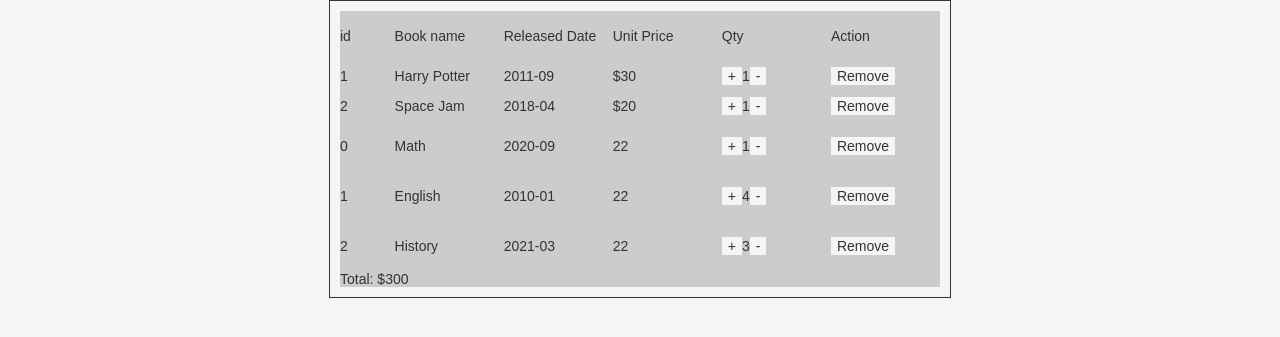
Repository: vgg1kkh/myBookStoreBasket
Page: /
An editor plug-in stored every save of this project. The page is shown before and after the next save, followed by the edit.
The browser window is 1280 px wide. The pictures show the whole page.
The project was rebuilt for these pictures with package versions that can differ from the ones it lists, and the page was loaded fresh each time.

Above is the page before, as saved 2021-10-07 08:13:39.

After the next save:
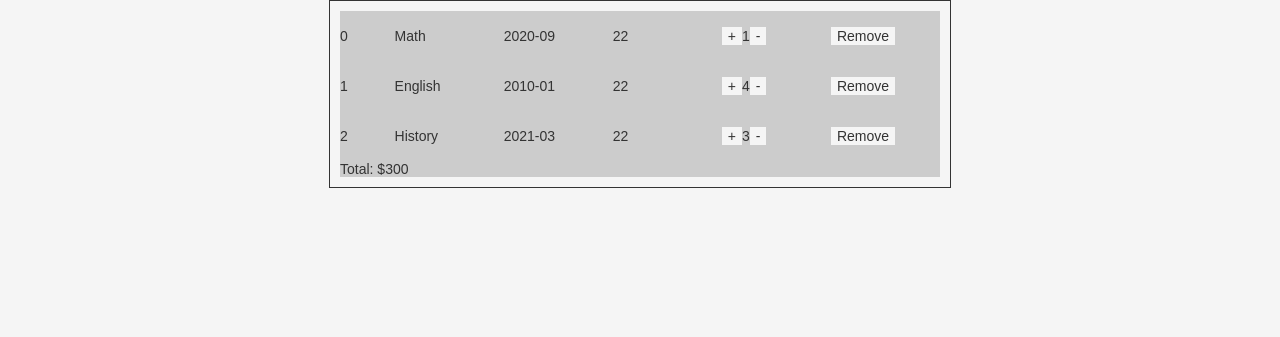
Saved 26 s later.
--- a/src/App.js
+++ b/src/App.js
@@ -27,42 +27,7 @@ function App() {
     <>
       <div className="box">
         <ul className="books-wrapper">
-          <li className="item-wrapper">
-            <li className="item-column">id</li>
-            <li className="item-column">Book name</li>
-            <li className="item-column">Released Date</li>
-            <li className="item-column">Unit Price</li>
-            <li className="item-column">Qty</li>
-            <li className="item-column">Action</li>
-          </li>
-          <li className="item-wrapper">
-            <li className="item-column">1</li>
-            <li className="item-column">Harry Potter</li>
-            <li className="item-column">2011-09</li>
-            <li className="item-column">$30</li>
-            <li className="item-column">
-              <button>+</button>
-              <span>1</span>
-              <button>-</button>
-            </li>
-            <li className="item-column">
-              <button>Remove</button>
-            </li>
-          </li>
-          <li className="item-wrapper">
-            <li className="item-column">2</li>
-            <li className="item-column">Space Jam</li>
-            <li className="item-column">2018-04</li>
-            <li className="item-column">$20</li>
-            <li className="item-column">
-              <button>+</button>
-              <span>1</span>
-              <button>-</button>
-            </li>
-            <li className="item-column">
-              <button>Remove</button>
-            </li>
-          </li>
+
           {bookList.map((item, index) => {
             return (
               <li className="item-wrapper-box" key={item.id}>
